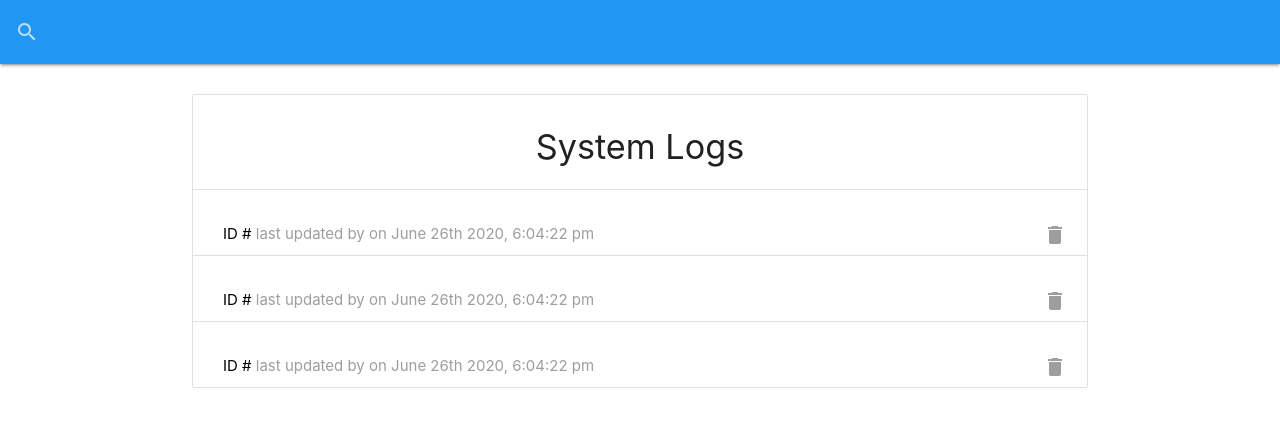
Repository: chinmayparab/log-keeper
Page: /
The author's editor kept a copy of each file at every save. The page is drawn from the files as they stood at one save, then again after the next save.
The browser window is 1280 px wide. The pictures show the whole page.
The project was rebuilt for these pictures with package versions that can differ from the ones it lists, and the page was loaded fresh each time. Requests to the local data server were answered from the project's data file. Also part of the build but not shown: src/App.css.

Above is the page before, as saved 2020-06-27 00:44:07.

After the next save:
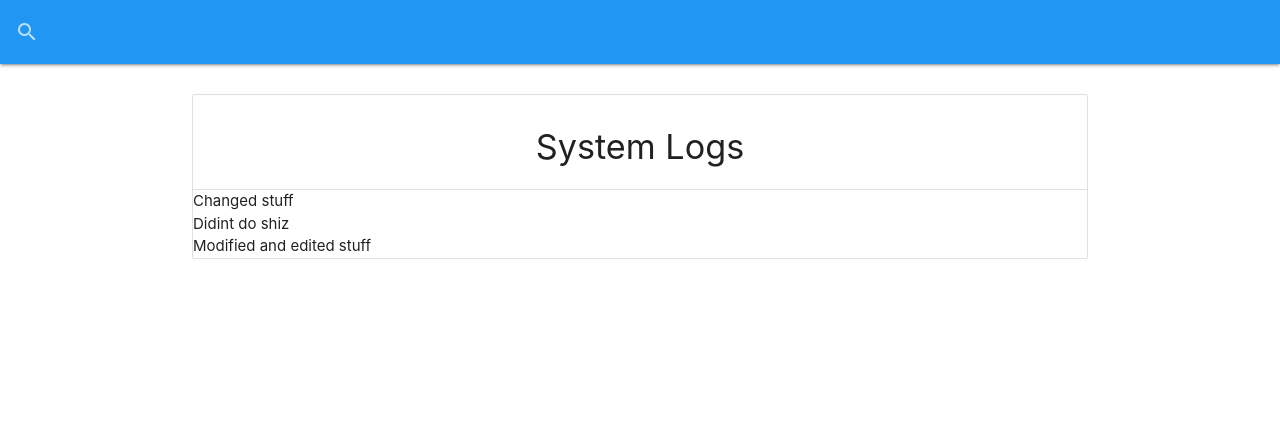
Saved 76 s later.
--- a/src/components/logs/Logs.js
+++ b/src/components/logs/Logs.js
@@ -33,7 +33,10 @@
         {!loading && logs.length === 0 ? (
           <p className='center'>No logs to show...</p>
         ) : (
-          logs.map((log) => <LogItem log={log} key={log.id} />)
+          logs.map(
+            (log) => <li>{log.message}</li>
+            // <LogItem log={log} key={log.id} />
+          )
         )}
       </ul>
     </div>

After the save that followed:
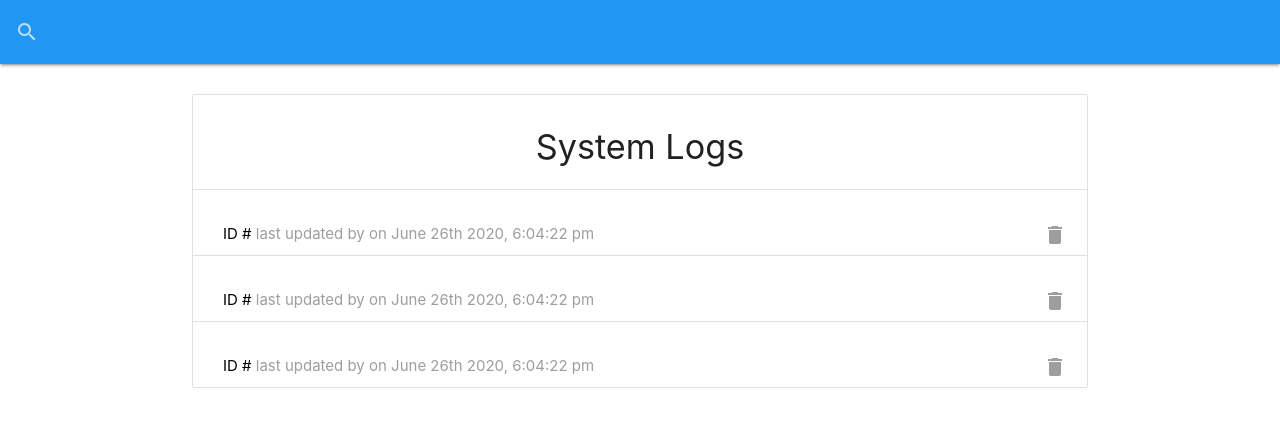
Saved 76 s later.
--- a/src/components/logs/Logs.js
+++ b/src/components/logs/Logs.js
@@ -33,10 +33,7 @@
         {!loading && logs.length === 0 ? (
           <p className='center'>No logs to show...</p>
         ) : (
-          logs.map(
-            (log) => <li>{log.message}</li>
-            // <LogItem log={log} key={log.id} />
-          )
+          logs.map((log) => <LogItem log={log} key={log.id} />)
         )}
       </ul>
     </div>
